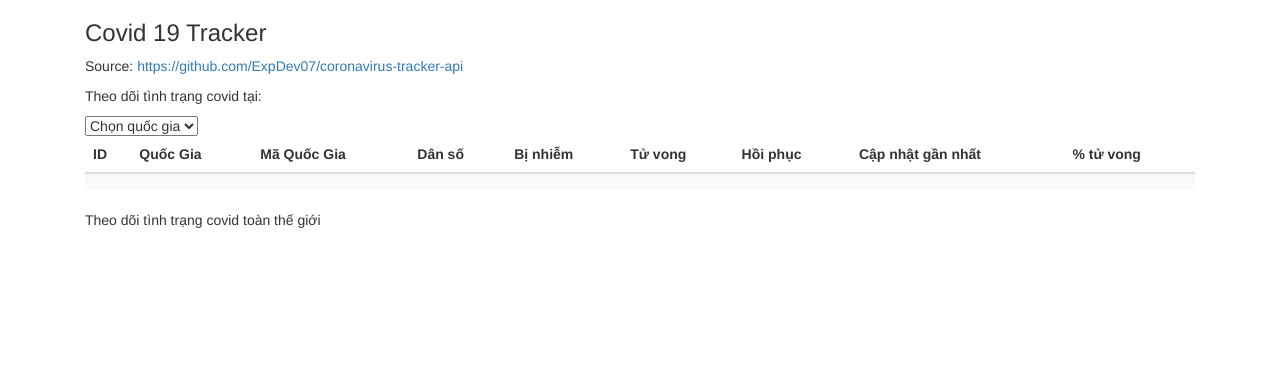
Repository: critdang/electro_store
Page: javascript_project/covid_tracker/index.html
An editor plug-in stored every save of this project. The page is shown before and after the next save, followed by the edit.
The browser window is 1280 px wide. The pictures show the whole page.
The page's requests for data from a server got no answer.

Above is the page before, as saved 2021-09-26 14:58:54.
Console error (its wording comes from the project's code and is left out).

### javascript_project/covid_tracker/index.html
<!DOCTYPE html>
<html lang="en">
<head>
    <meta charset="UTF-8">
    <meta name="viewport" content="width=device-width, initial-scale=1.0">
    <title>Covid Tracker</title>
        <!-- Latest compiled and minified CSS -->
    <link rel="stylesheet" href="https://maxcdn.bootstrapcdn.com/bootstrap/3.3.7/css/bootstrap.min.css" integrity="sha384-BVYiiSIFeK1dGmJRAkycuHAHRg32OmUcww7on3RYdg4Va+PmSTsz/K68vbdEjh4u" crossorigin="anonymous">

    <!-- Optional theme -->
    <link rel="stylesheet" href="https://maxcdn.bootstrapcdn.com/bootstrap/3.3.7/css/bootstrap-theme.min.css" integrity="sha384-rHyoN1iRsVXV4nD0JutlnGaslCJuC7uwjduW9SVrLvRYooPp2bWYgmgJQIXwl/Sp" crossorigin="anonymous">

    <style type="text/css">
        ul.list_world{
            padding: 0;
            margin: 0;
            list-style: none;
        }
        ul.list_world li{
            border: 1px dashed #000;
            width: 24%;
            padding: 10px;
            margin: 5px;
            background: beige;
            float: left;
        }
    </style>

</head>
<body>
    <div class ="container">
        <div class="col-md-12">
            <h3>Covid 19 Tracker</h3>
            <p> Source: <a href="">https://github.com/ExpDev07/coronavirus-tracker-api</a></p>

            <p>Theo dõi tình trạng covid tại: <span id="title"></span></p>
            <select id="select_world">
              <option value="">Chọn quốc gia</option>
            </select>
            <table class="table table-striped">
                <thead>
                  <tr>
                    <th>ID</th>
                    <th>Quốc Gia</th>
                    <th>Mã Quốc Gia</th>
                    <th>Dân số</th>
                    <th>Bị nhiễm</th>
                    <th>Tử vong</th>
                    <th>Hồi phục</th>
                    <th>Cập nhật gần nhất</th>
                    <th>% tử vong</th>

                  </tr>
                </thead>
                <tbody>
                  <tr>
                    <td><div id="id"></div></td>
                    <td><span style="color:red" id="quocgia"></span><span style="color:red" id="tinh"></span></td>
                    <td><div id="code"></div></td>
                    <td><div id="danso"></div></td>
                    <td><div id="canhiem"></div></td>
                    <td><div id="tuvong"></div></td>
                    <td><div id="hoiphuc"></div></td>
                    <td><div id="capnhat"></div></td>
                    <td><div id="phantram"></div></td>
                  </tr>
                  <tr>
                  </tr>
                </tbody>
              </table>
              <!---world-->
              <p>Theo dõi tình trạng covid toàn thế giới</p>
              <div id="total" ></div>
              <div id="total_tuvong" ></div>
              <div id="total_phuchoi" ></div>
              <div id="list"></div>
        </div>
    </div>
</body>
<!-- Latest compiled and minified JavaScript -->
<script src="https://maxcdn.bootstrapcdn.com/bootstrap/3.3.7/js/bootstrap.min.js" integrity="sha384-Tc5IQib027qvyjSMfHjOMaLkfuWVxZxUPnCJA7l2mCWNIpG9mGCD8wGNIcPD7Txa" crossorigin="anonymous"></script>
<script type="text/javascript" src="app.js"></script>
<!--  phải để dưới body vì chạy cấu trúc DOM trước -->
</html>

### javascript_project/covid_tracker/app.js
getCovidWorld();
getCovidCountry();
getSelectCountry();
const btnSelect = document.getElementById("select_world");
btnSelect.addEventListener("click",getContryById);
function getContryById(e){
    fetch('https://coronavirus-tracker-api.herokuapp.com/v2/locations/'+e.target.value)
    .then(res => res.json())//trả về API kiểu json
    .then(data => {

        let id = data.location.id;
        let code = data.location.country_code;
        let tinh = data.location.province;
        let quocgia = data.location.country;

        let danso = data.location.country_population;
        let capnhat = data.location.last_updated;
        let canhiem = data.location.latest.confirmed;
        let hoiphuc = data.location.latest.recovered;
        let tuvong = data.location.latest.deaths;
        if(data.location.province!=""){
            document.getElementById("quocgia").innerHTML = quocgia.toLocaleString('en')+'-'+tinh.toLocaleString('en');
            document.getElementById('title').innerText = quocgia.toLocaleString('en')+'-'+tinh.toLocaleString('en');
            document.getElementById("tinh").innerHTML = '-'+tinh.toLocaleString('en');
        }else{
            document.getElementById('quocgia').innerHTML = quocgia.toLocaleString('en');
            document.getElementById('title').innerText= quocgia.toLocaleString('en');
        }

        document.getElementById('id').innerHTML = id;
        document.getElementById('quocgia').innerHTML = quocgia.toLocaleString("en");// hiện thị kiểu tiếng anh
        document.getElementById('code').innerHTML = code.toLocaleString("en");
        document.getElementById('danso').innerHTML = danso.toLocaleString("en");
        document.getElementById('capnhat').innerHTML = capnhat.substring(0,10);
        document.getElementById('canhiem').innerHTML = canhiem.toLocaleString("en");
        document.getElementById('tuvong').innerHTML = tuvong.toLocaleString("en");
        document.getElementById('hoiphuc').innerHTML = hoiphuc.toLocaleString("en");
        document.getElementById('phantram').innerHTML = ((Number(tuvong)/Number(canhiem))*100).toLocaleString("en",{minimumFractionDigits:2,maximumFractionDigits:2})+"%";

    }).catch(error =>console.log('Error'));//data
}
function getCovidCountry(){
    fetch('https://coronavirus-tracker-api.herokuapp.com/v2/locations/266')
        .then(res => res.json())//trả về API kiểu json
        .then(data => {

            let id = data.location.id;
            let code = data.location.country_code;
            let quocgia = data.location.country;
            let tinh = data.location.province;
            let danso = data.location.country_population;
            let capnhat = data.location.last_updated;
            let canhiem = data.location.latest.confirmed;
            let hoiphuc = data.location.latest.recovered;
            let tuvong = data.location.latest.deaths;

            if(data.location.province!=""){
                document.getElementById("quocgia").innerHTML = quocgia.toLocaleString('en') + '-' + tinh.toLocaleString('en');
                document.getElementById("title").innerText = quocgia.toLocaleString('en') + '-' + tinh.toLocaleString('en');
                document.getElementById("tinh").innerHTML = '-'+tinh.toLocaleString('en');

            }else{
                document.getElementById("quocgia").innerHTML = quocgia.toLocaleString('en');
                document.getElementById("title").innerText = quocgia.toLocaleString('en');
            }

            document.getElementById('id').innerHTML = id;
            document.getElementById('quocgia').innerHTML = quocgia.toLocaleString("en");// hiện thị kiểu tiếng anh
            document.getElementById('code').innerHTML = code.toLocaleString("en");
            document.getElementById('danso').innerHTML = danso.toLocaleString("en");
            document.getElementById('capnhat').innerHTML = capnhat.substring(0,10);
            document.getElementById('canhiem').innerHTML = canhiem.toLocaleString("en");
            document.getElementById('tuvong').innerHTML = tuvong.toLocaleString("en");
            document.getElementById('hoiphuc').innerHTML = hoiphuc.toLocaleString("en");
            document.getElementById('phantram').innerHTML = ((Number(tuvong)/Number(canhiem))*100).toLocaleString("en",{minimumFractionDigits:2,maximumFractionDigits:2})+"%";

        }).catch(error =>console.log('Error'));//data
}
function getCovidWorld(){
    fetch('https://coronavirus-tracker-api.herokuapp.com/v2/locations')
    .then(res => res.json())//trả về API kiểu json
    .then(data => {

        let nguoinhiem = data.latest.confirmed;
        let chet = data.latest.deaths;
        let phuchoi = data.latest.recovered;
        document.getElementById('total').innerHTML = nguoinhiem.toLocaleString("en");
        document.getElementById('total_tuvong').innerHTML = chet.toLocaleString("en");
        document.getElementById('total_phuchoi').innerHTML = phuchoi.toLocaleString("en");

        const html = data.locations.map(covid => {
            // tất cả dữ liệu bỏ vào biến covid
            const id = covid.id;
            const code = covid.country_code;
            const quocgia = covid.country;
            const tinh = covid.province;
            const danso = covid.country_population;
            const capnhat = covid.last_updated;
            const canhiem = covid.latest.confirmed;
            const hoiphuc = covid.latest.recovered;
            const tuvong = covid.latest.deaths;


        // document.getElementById('id').innerHTML = id;
        // document.getElementById('quocgia').innerHTML = quocgia.toLocaleString("en");// hiện thị kiểu tiếng anh
        // document.getElementById('code').innerHTML = code.toLocaleString("en");
        // document.getElementById('danso').innerHTML = danso.toLocaleString("en");
        // document.getElementById('capnhat').innerHTML = capnhat.substring(0,10);
        // document.getElementById('canhiem').innerHTML = canhiem.toLocaleString("en");
        // document.getElementById('tuvong').innerHTML = tuvong.toLocaleString("en");
        // document.getElementById('hoiphuc').innerHTML = hoiphuc.toLocaleString("en");
        // document.getElementById('phantram').innerHTML = ((Number(tuvong)/Number(canhiem))*100).toLocaleString("en",{minimumFractionDigits:2,maximumFractionDigits:2})+"%";
            return `
            <ul class="list_world">
                <li>
                <!--nối giữa biến java và dom-->
                    <p> id: ${id}</p>
                    <p style='color:red'> Quốc gia:${quocgia.toLocaleString("en")}</p>
                    <p style='color:blue'> Tỉnh:${tinh.toLocaleString("en")}</p>
                    <p> Mã Quốc gia:${code}</p>
                    <p> Dân số:${new Intl.NumberFormat().format(danso)}</p>
                    <p> Cập nhật:${capnhat.substring(0,10)}</p>
                    <p> Ca nhiễm:${new Intl.NumberFormat().format(canhiem)}</p>
                    <p> Tử vong:${new Intl.NumberFormat().format(tuvong)}</p>
                    <p> Phần trăm:${
                        ((Number(tuvong)/Number(canhiem))*100).toLocaleString("en",{minimumFractionDigits:2,maximumFractionDigits:2})+"%"}
                    </p>
                </li>
              </ul>
            `
    }).join("");
    document.getElementById("list").insertAdjacentHTML("afterbegin",html);
    }).catch(error =>console.log('Error'));;
}
function getSelectCountry(){
    fetch('https://coronavirus-tracker-api.herokuapp.com/v2/locations')
    .then(res => res.json())//trả về API kiểu json
    .then(data => {
        const html = data.locations.map(list => {
            // tất cả dữ liệu bỏ vào biến covid
            const id = list.id;
            const quocgia = list.country;
            var option = document.createElement('option');
            option.value = id;

            if(list.province != ""){
                option.innerHTML = quocgia +'-'+list.province;
            }else{
                option.innerHTML = quocgia;
            }
            document.getElementById('select_world').appendChild(option);

    });

    }).catch(error =>console.log('Error'));;
}

After the next save:
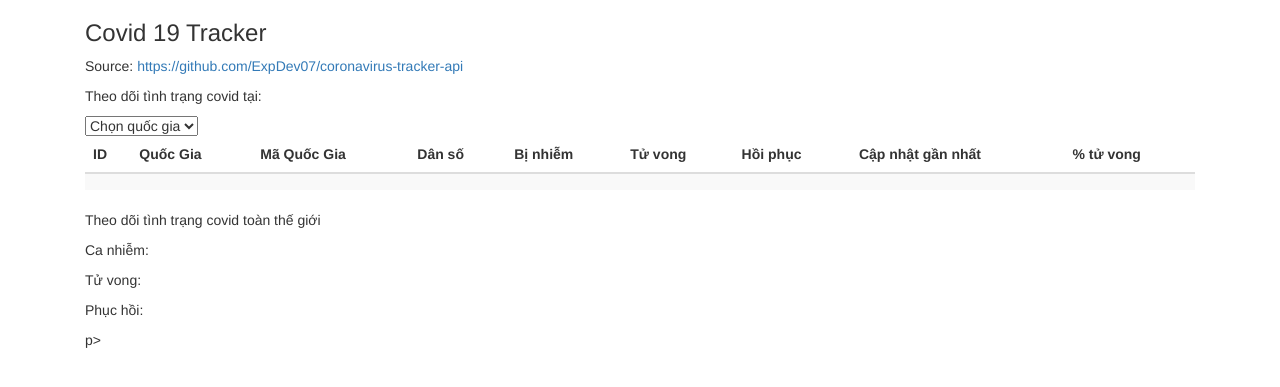
Saved 2 min 5 s later.
--- a/javascript_project/covid_tracker/index.html
+++ b/javascript_project/covid_tracker/index.html
@@ -70,9 +70,10 @@
               </table>
               <!---world-->
               <p>Theo dõi tình trạng covid toàn thế giới</p>
-              <div id="total" ></div>
-              <div id="total_tuvong" ></div>
-              <div id="total_phuchoi" ></div>
+              <p>Ca nhiễm:<span id="total" ></span></p>
+              <p>Tử vong:<span id="total_tuvong" ></span></p>
+              <p>Phục hồi:<span id="total_phuchoi" ></span></p>p>
+
               <div id="list"></div>
         </div>
     </div>
